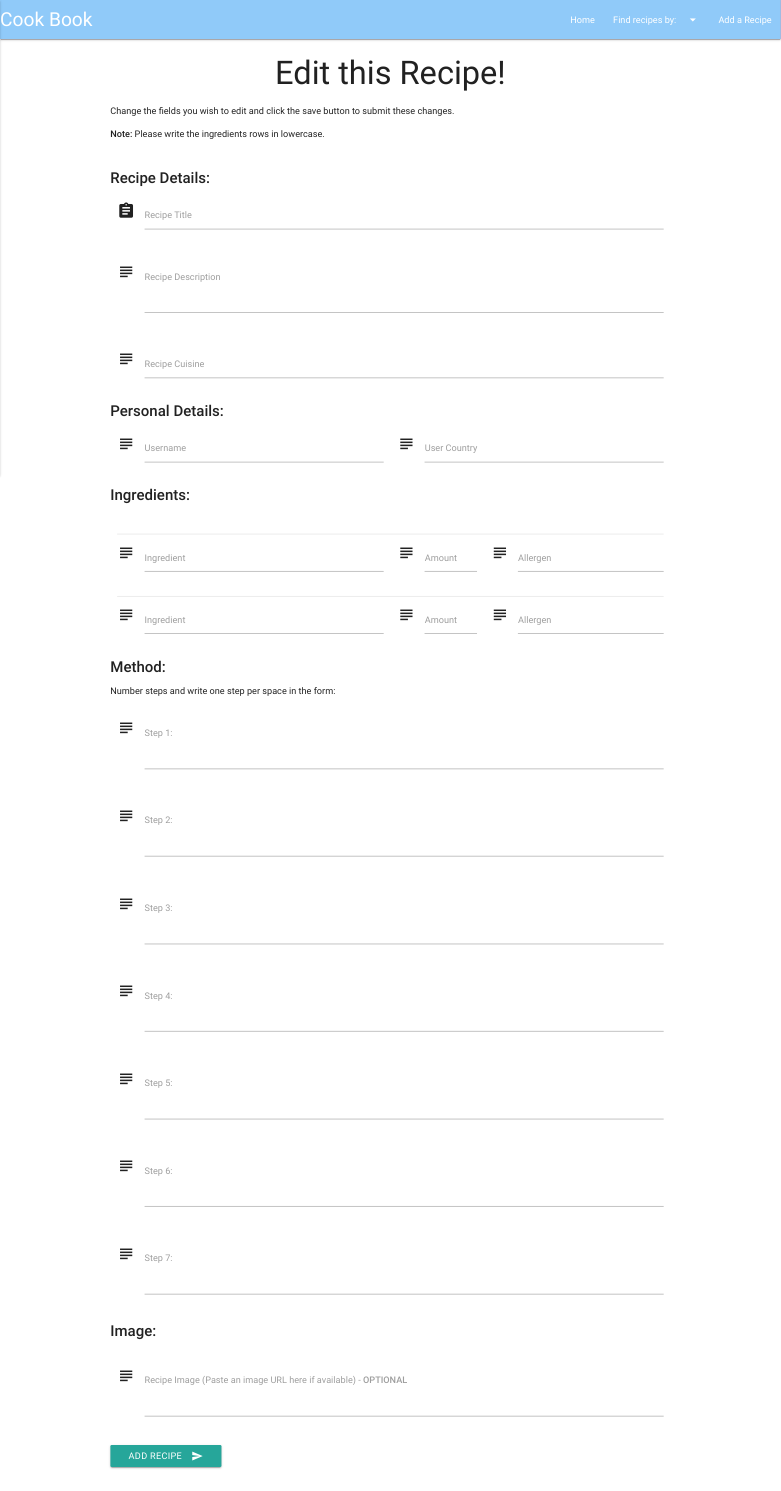
Repository: MarkSheehan72/milestone-project-3
Page: templates/edit_recipe.html
The author's editor kept a record of every edit. The page is drawn from the files as they stood at one moment, then again after the next edit.
The browser window is 1280 px wide. The pictures show the whole page, at 61% of full size.
Some web libraries are served in a nearby version. The page is served by the project's application, run on Flask 3 (app.py). The template is opened directly, without the code that normally fills it, so the values that code supplies are empty.

Above is the page before.

After the next edit:
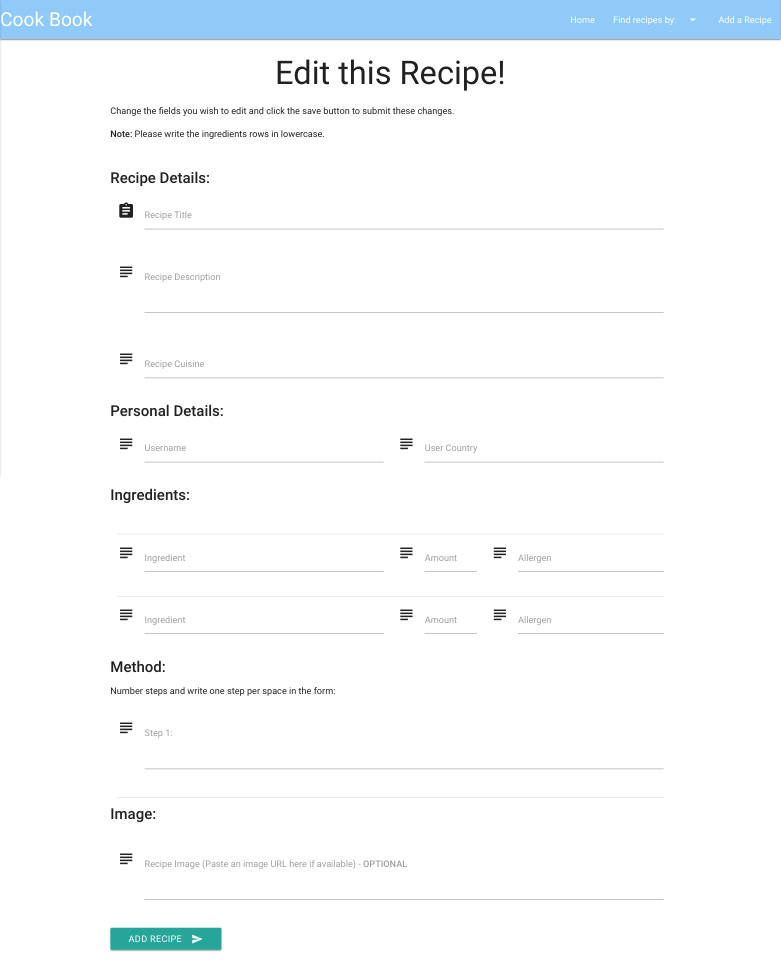
The edit:
--- a/templates/edit_recipe.html
+++ b/templates/edit_recipe.html
@@ -122,48 +122,7 @@
                 <label for="icon_telephone">Step 1:</label>
             </div>
         </div>
-        <div class="row">
-            <div class="input-field col s12">
-                <i class="material-icons prefix">subject</i>
-                <textarea name="recipe_method" id="recipe_method" class="materialize-textarea"></textarea>
-                <label for="icon_telephone">Step 2:</label>
-            </div>
-        </div>
-        <div class="row">
-            <div class="input-field col s12">
-                <i class="material-icons prefix">subject</i>
-                <textarea name="recipe_method" id="recipe_method" class="materialize-textarea"></textarea>
-                <label for="icon_telephone">Step 3:</label>
-            </div>
-        </div>
-        <div class="row">
-            <div class="input-field col s12">
-                <i class="material-icons prefix">subject</i>
-                <textarea name="recipe_method" id="recipe_method" class="materialize-textarea"></textarea>
-                <label for="icon_telephone">Step 4:</label>
-            </div>
-        </div>
-        <div class="row">
-            <div class="input-field col s12">
-                <i class="material-icons prefix">subject</i>
-                <textarea name="recipe_method" id="recipe_method" class="materialize-textarea"></textarea>
-                <label for="icon_telephone">Step 5:</label>
-            </div>
-        </div>
-        <div class="row">
-            <div class="input-field col s12">
-                <i class="material-icons prefix">subject</i>
-                <textarea name="recipe_method" id="recipe_method" class="materialize-textarea"></textarea>
-                <label for="icon_telephone">Step 6:</label>
-            </div>
-        </div>
-        <div class="row">
-            <div class="input-field col s12">
-                <i class="material-icons prefix">subject</i>
-                <textarea name="recipe_method" id="recipe_method" class="materialize-textarea"></textarea>
-                <label for="icon_telephone">Step 7:</label>
-            </div>
-        </div>
+        <div class="divider"></div>
         <div class="row">
             <h5><strong>Image:</strong></h5>
         </div>
